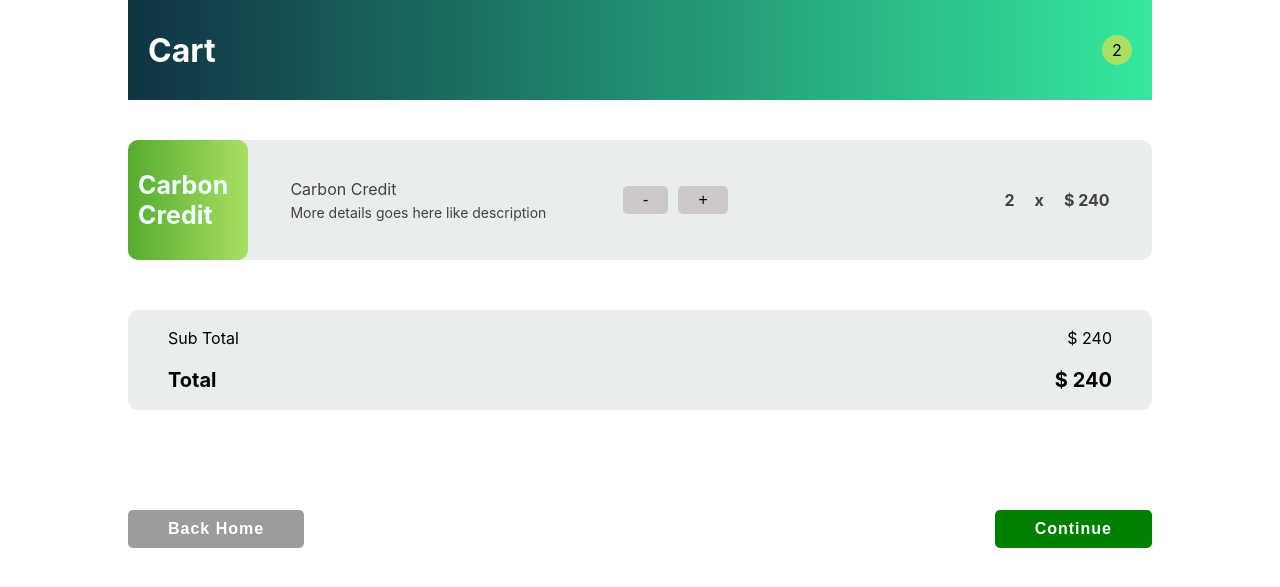
Repository: Yowani24/CarbonApp
Page: /cart
The author's editor kept a copy of each file at every save. The page is drawn from the files as they stood at one save, then again after the next save.
The browser window is 1280 px wide. The pictures show the whole page.
The project was rebuilt for these pictures with package versions that can differ from the ones it lists, and the page was loaded fresh each time. The framework's server and built-in components were replaced by stand-ins that run in the browser. Also part of the build but not shown: next.config.js.

Above is the page before, as saved 2021-09-27 12:12:30.

After the next save:
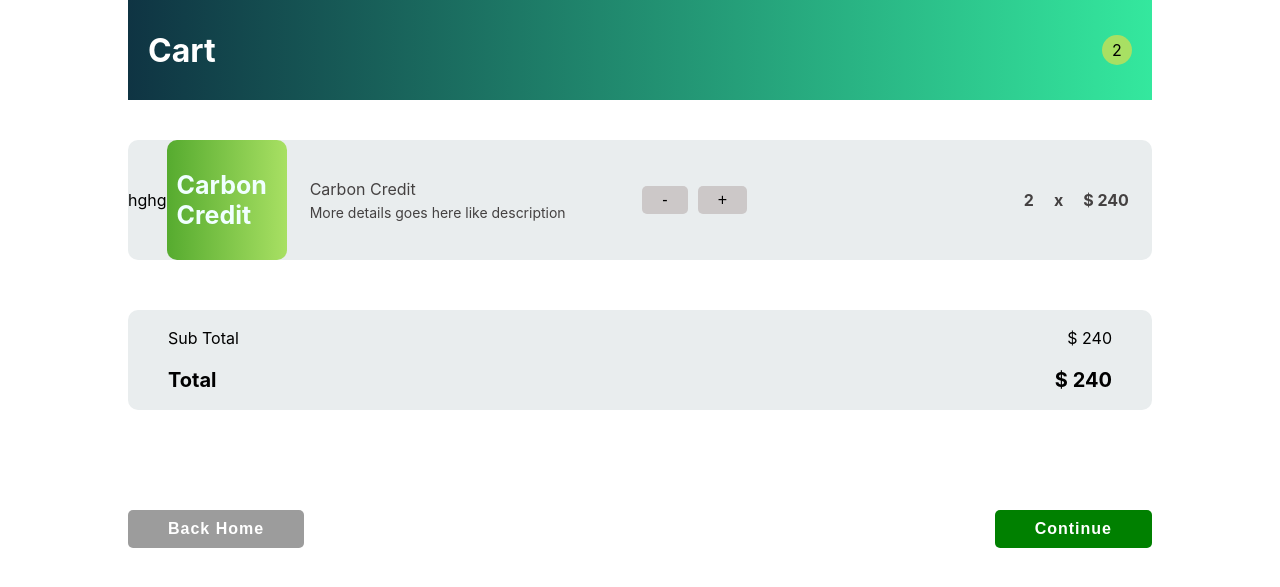
Saved 44 s later.
--- a/pages/cart/index.js
+++ b/pages/cart/index.js
@@ -28,6 +28,7 @@ export default function Cart(props) {
               <div className={styles.interface}>
                   <div className={styles.boxes}>
                       <div className={styles.content_box}>
+                          hghg
                           <div className={styles.box}>
                               <h3>Carbon Credit</h3>
                           </div>
